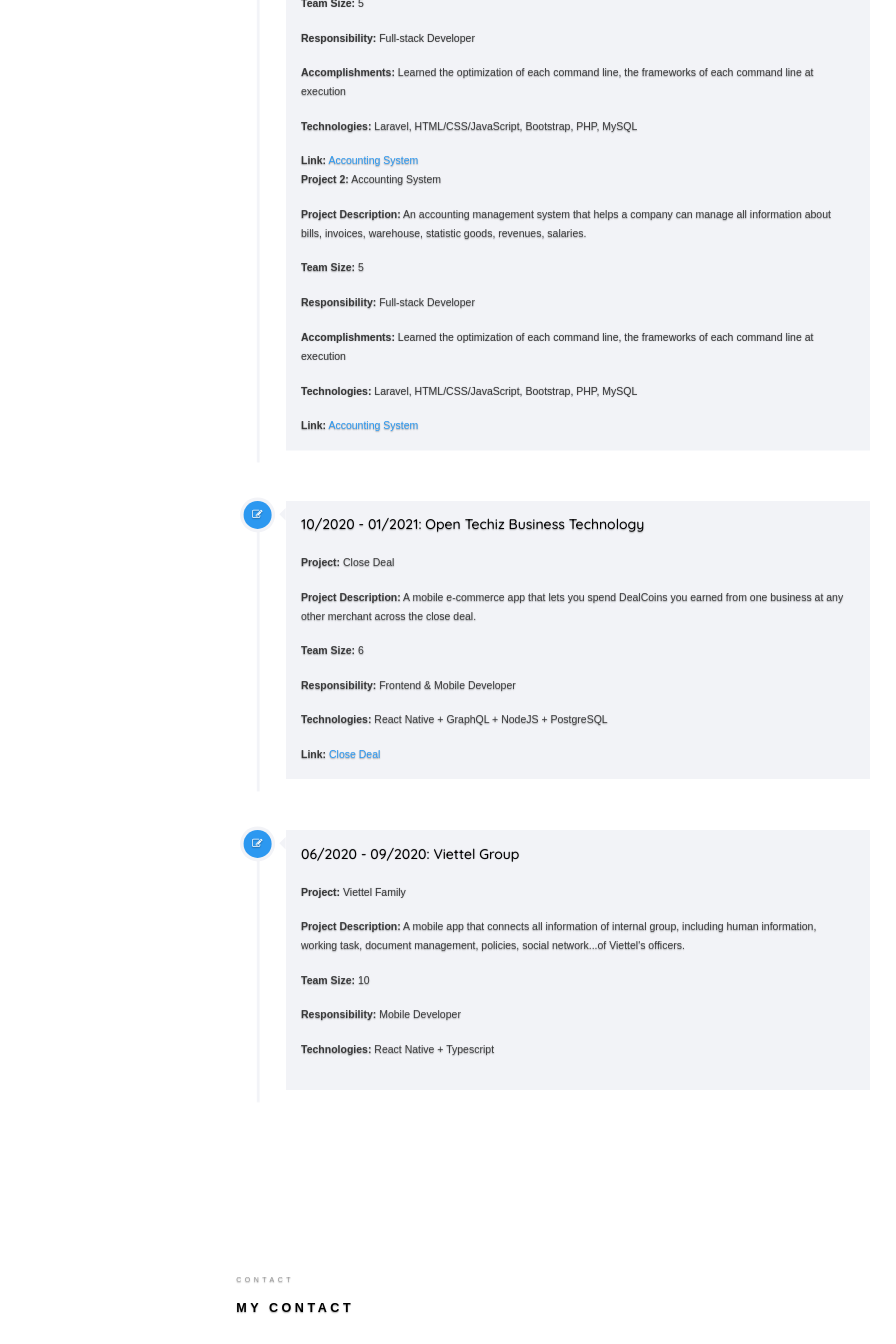
Repository: thinhnpptit/my-cv
Page: index.html
An editor plug-in stored every save of this project. The page is shown before and after the next save, followed by the edit.
The browser window is 1280 px wide. The pictures show the part of the page from y = 2722 to 4642 px (the page is 5172 px tall before and 5194 px after), at 70% of full size.
Some web fonts or font styles are not loaded; a fallback is used.

Above is the page before, as saved 2021-06-22 22:52:59.
Console error: TypeError: $(...).stick_in_parent is not a function

After the next save:
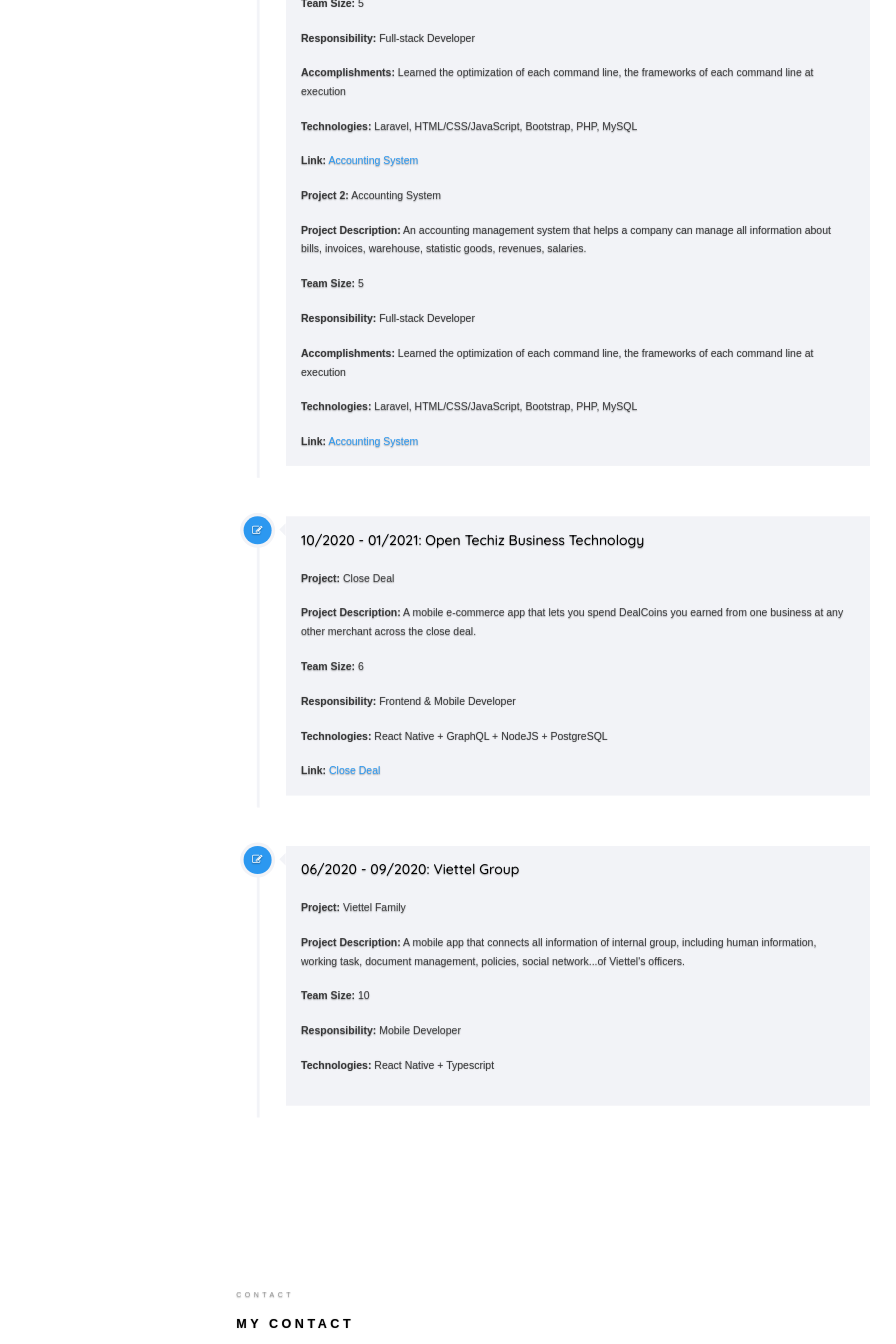
Saved 28 s later.
--- a/index.html
+++ b/index.html
@@ -290,7 +290,8 @@
 										<!-- <div class="text-center">
 											<a name="" id="" class="btn btn-primary" href="#" role="button">View Page</a>
 										</div> -->
-										<br />
+										<p></p>
+										<p></p>
 										<p><strong>Project 2:</strong> Accounting System</p>
 										<p><strong>Project Description:</strong> An accounting management system that helps a company can manage all 	  	  information about bills, invoices, warehouse, statistic goods, revenues, salaries.</p>
 										<p><strong>Team Size:</strong> 5</p>
